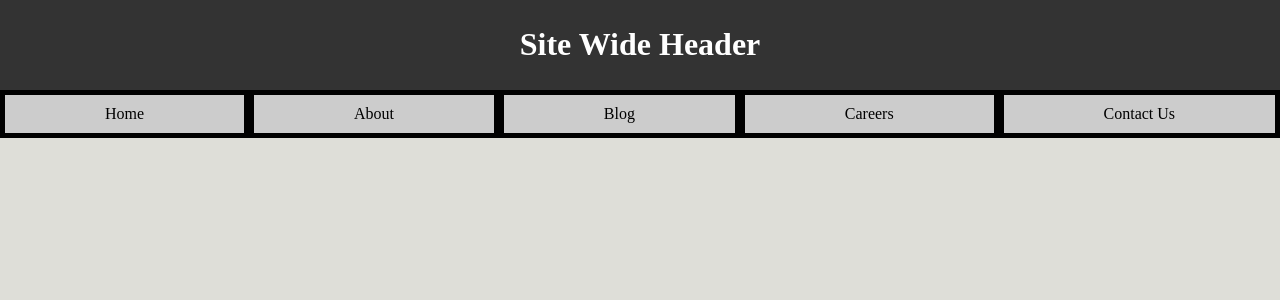
Repository: ayeza-baseer/AssignmentFlexbox
Page: assignment.html
These files come from the project's save history. The page is drawn as it stood at one moment and after the next save; the edit follows.
The browser window is 1280 px wide. The pictures show the whole page.

Above is the page before, as saved 2023-03-17 14:00:40.

### assignment.html
<!DOCTYPE html>
<html lang="en">
<head>

    <link rel="stylesheet" href="assignment.css">


</head>
<body>
<div>
    <header class="header"><h1>
        Site Wide Header
    </h1></header>
    <div class="navbar">
        <a href="#">Home</a>
        <a href="#">About</a>
        <a href="#">Blog</a>
        <a href="#">Careers</a>
        <a href="#">Contact Us</a>
      </div>


</div>

</body>
</html>

### assignment.css
.header{
    padding: 5px;
    background-color: #333;
	 color: #ccc;

    text-align: center;

    color: white;
}

body{
    margin:0;
    background-color: #deded8;
}

.navbar {
    display: flex;
    background-color: black
  }

  .navbar a {
    color: black;
    margin:5px;
    background-color: #ccc;
    padding: 10px 12px;
    text-decoration: none;
    text-align: center;
    flex-grow:1;
    border:2 px solid black;
  }

  .navbar a:hover {
    color:red
  }

After the next save:
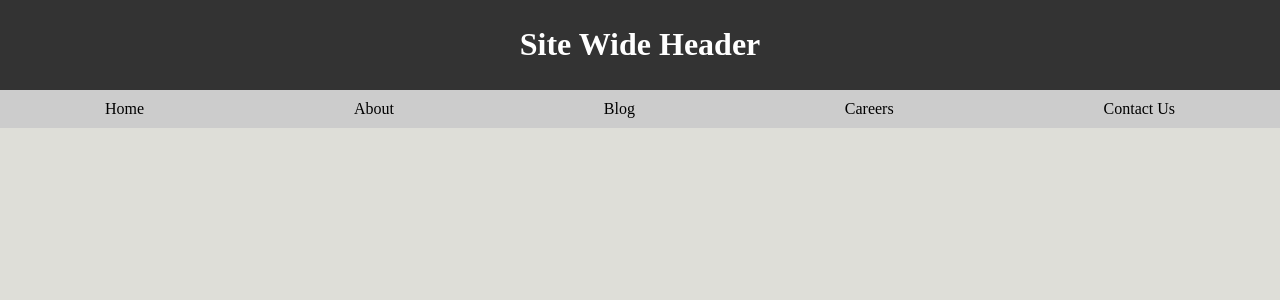
Saved 17 s later.
--- a/assignment.css
+++ b/assignment.css
@@ -20,7 +20,7 @@ body{
 
   .navbar a {
     color: black;
-    margin:5px;
+
     background-color: #ccc;
     padding: 10px 12px;
     text-decoration: none;

After the save that followed:
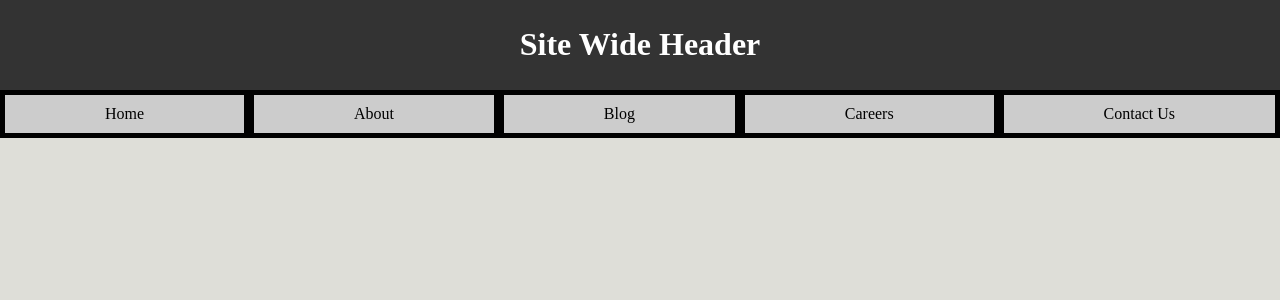
Saved 77 s later.
--- a/assignment.css
+++ b/assignment.css
@@ -26,7 +26,7 @@ body{
     text-decoration: none;
     text-align: center;
     flex-grow:1;
-    border:2 px solid black;
+    border: 5px solid black;
   }
 
   .navbar a:hover {
